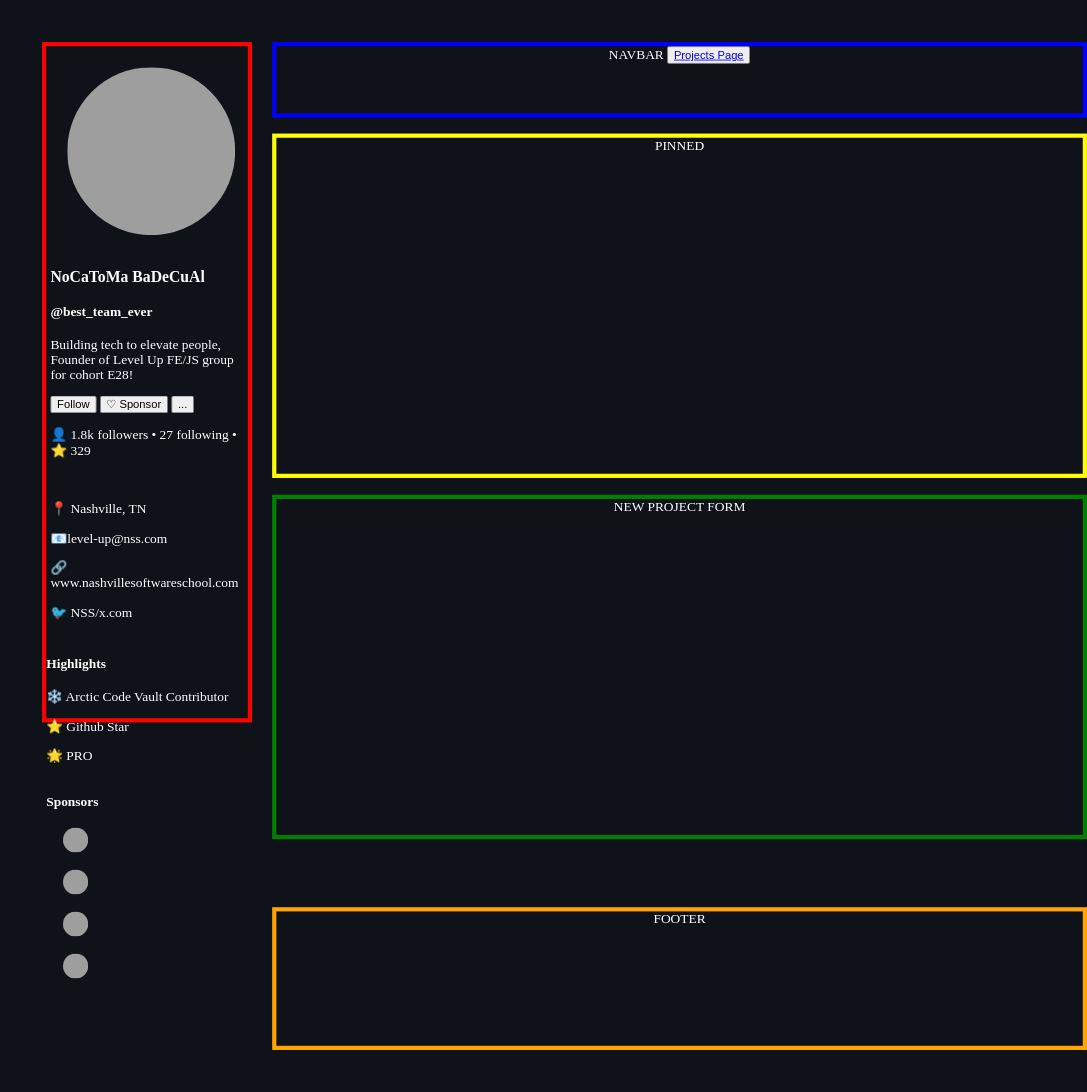
Repository: nss-evening-cohort-28/nss-evening-cohort-28-classroom-gitsub-Q1-project-gitsub
Page: index.html
The author's editor kept a copy of each file at every save. The page is drawn from the files as they stood at one save, then again after the next save.
The browser window is 1280 px wide. The page is 1294 px wide, so the pictures cover 1294 px, including what lies to the right of the window. The pictures show the whole page, at 84% of full size.
Pictures or frames that could not be fetched are drawn as grey boxes.

Above is the page before, as saved 2024-08-07 20:32:45.

After the next save:
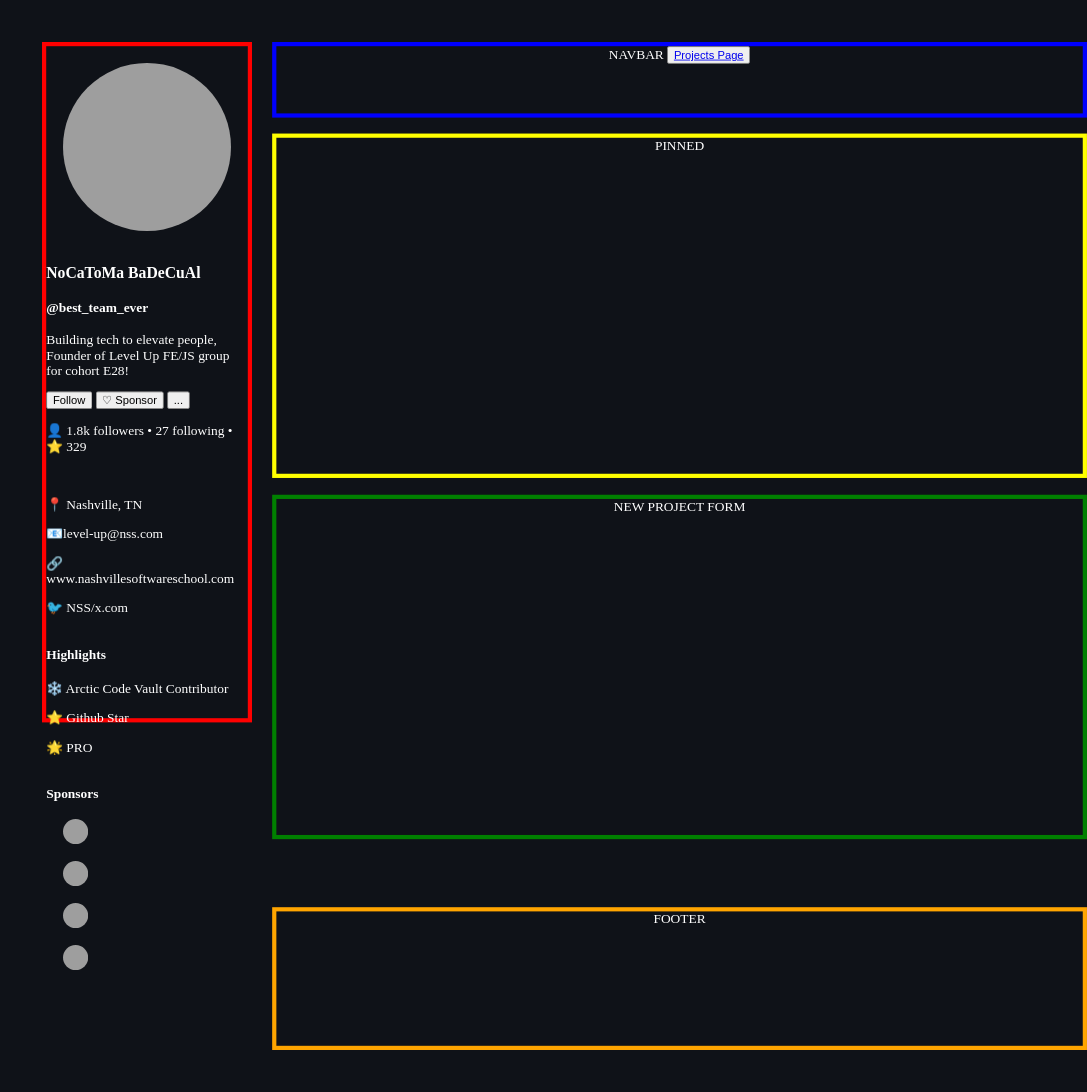
Saved 2 min 43 s later.
--- a/main.css
+++ b/main.css
@@ -64,7 +64,7 @@
     display: flex;
     flex-wrap: wrap;
     justify-content: flex-start;
-    margin: 5px;
+    margin: 0px;
 }
 
 .card-img-top {
